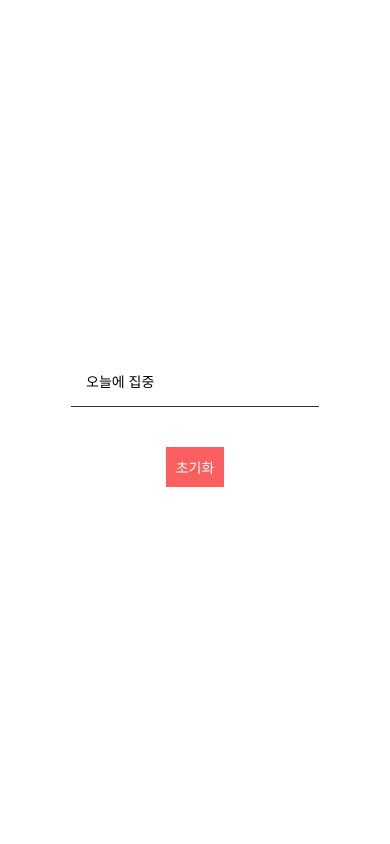
Repository: GoodHoneyCake/toy_project
Page: /
An editor plug-in stored every save of this project. The page is shown before and after the next save, followed by the edit.
The browser window is 390 px wide. The pictures show the whole page.
The app was drawn by React Native's web renderer in a window 390 px wide. The project was rebuilt for these pictures with package versions that can differ from the ones it lists, and the page was loaded fresh each time.

Above is the page before, as saved 2021-02-05 14:56:19.

After the next save:
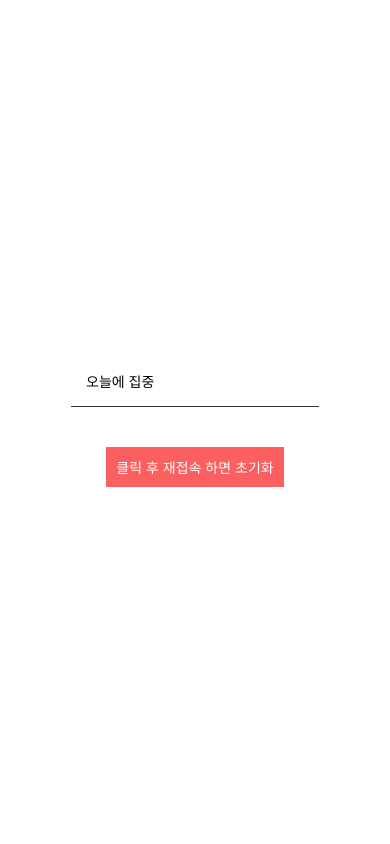
Saved 61 s later.
--- a/App.js
+++ b/App.js
@@ -74,7 +74,7 @@
         />
         <Text style={styles.text}>{name}</Text>
         <TouchableOpacity onPress={this.removeEverything} style={styles.button}>
-          <Text style={styles.buttonText}>초기화</Text>
+          <Text style={styles.buttonText}>클릭 후 재접속 하면 초기화</Text>
         </TouchableOpacity>
       </View>
     );

After the save that followed:
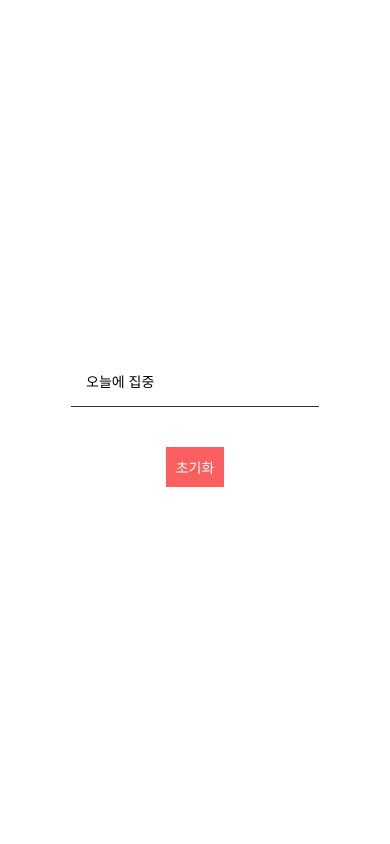
Saved 99 s later.
--- a/App.js
+++ b/App.js
@@ -74,7 +74,7 @@
         />
         <Text style={styles.text}>{name}</Text>
         <TouchableOpacity onPress={this.removeEverything} style={styles.button}>
-          <Text style={styles.buttonText}>클릭 후 재접속 하면 초기화</Text>
+          <Text style={styles.buttonText}>초기화</Text>
         </TouchableOpacity>
       </View>
     );
